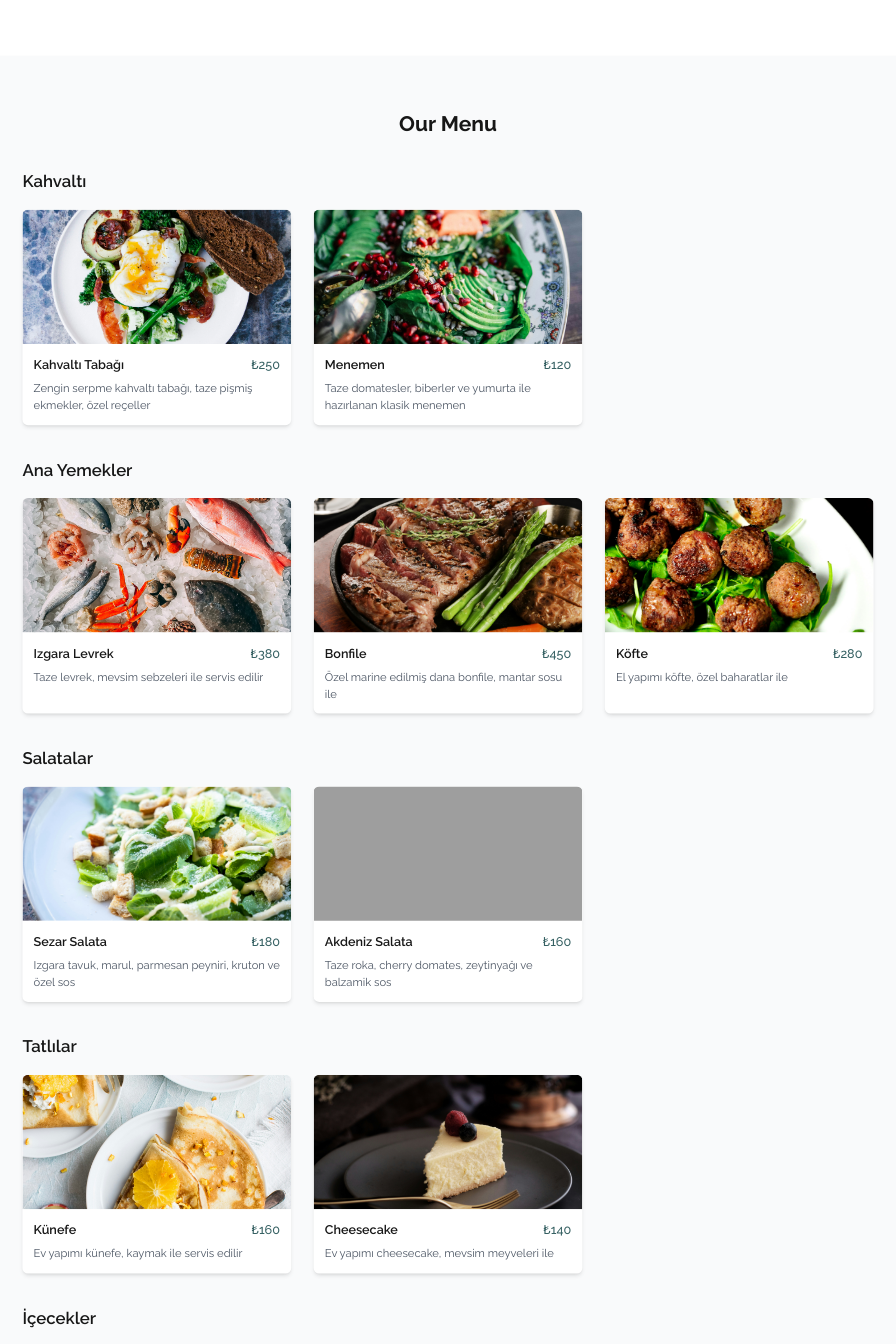
Repository: burakdemirrr/restaurant-website
Page: /
An editor plug-in stored every save of this project. The page is shown before and after the next save, followed by the edit.
The browser window is 1280 px wide. The pictures show the part of the page from y = 1348 to 3268 px (the page is 5624 px tall before and 5792 px after), at 70% of full size.
Pictures or frames that could not be fetched are drawn as grey boxes. The page's requests for data from a server got no answer. The project was rebuilt for these pictures with package versions that can differ from the ones it lists, and the page was loaded fresh each time. The framework's server and built-in components were replaced by stand-ins that run in the browser. No one was signed in, and anything a server would have sent is missing. Also part of the build but not shown: next.config.ts.

Above is the page before, as saved 2025-01-06 14:43:15.

After the next save:
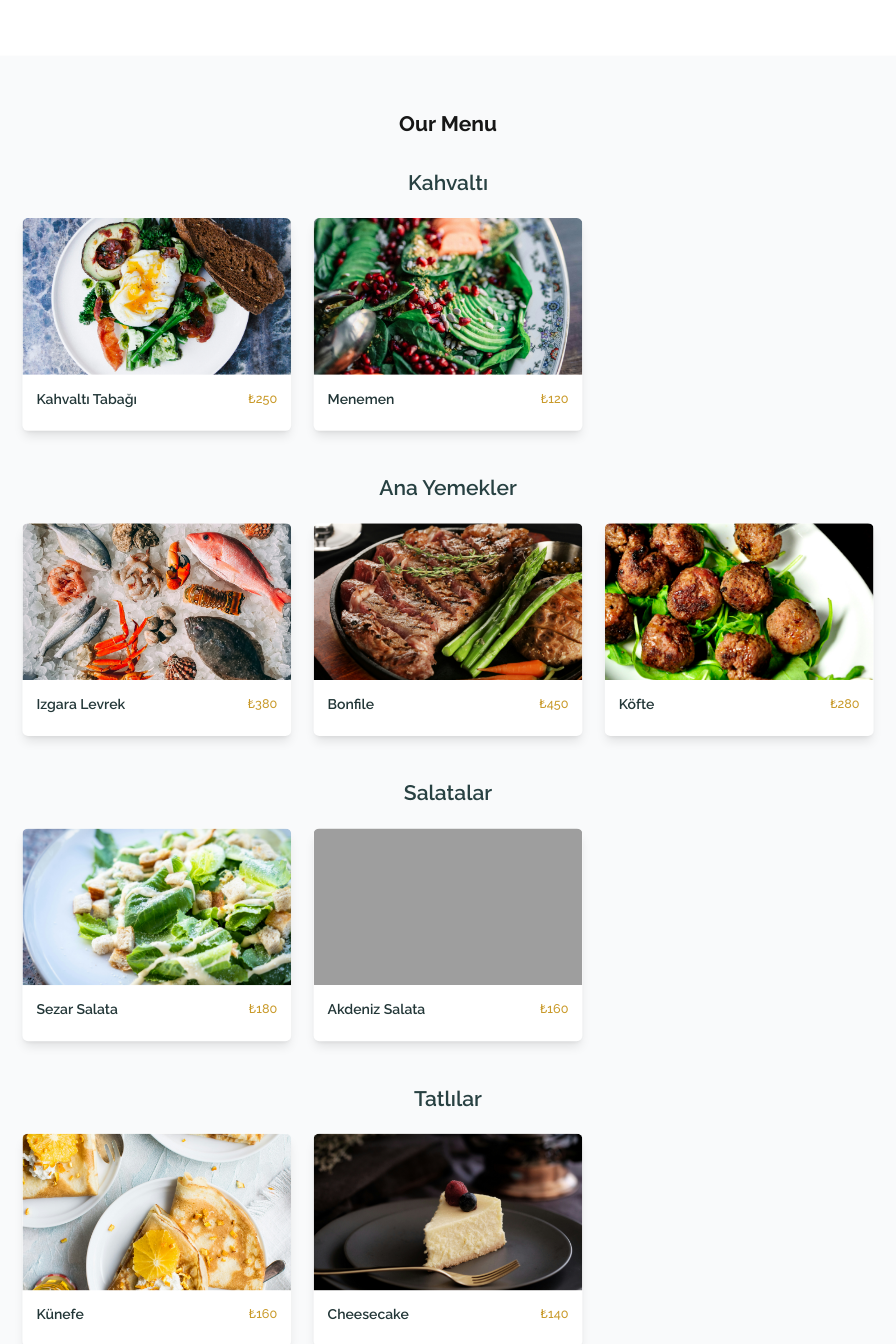
Saved 28 s later.
--- a/src/components/Menu.tsx
+++ b/src/components/Menu.tsx
@@ -116,34 +116,43 @@ export default function Menu() {
   return (
     <div className="w-full">
       {categories.map((category, categoryIndex) => (
-        <div key={category} className="mb-12 animate-fade-in" style={{ animationDelay: `${categoryIndex * 0.2}s` }}>
-          <h3 className="text-2xl font-semibold mb-6 font-playfair">{category}</h3>
+        <div key={category} className="mb-16 animate-fade-in" style={{ animationDelay: `${categoryIndex * 0.3}s` }}>
+          <h3 className="text-3xl font-semibold mb-8 font-display text-center text-primary-800">{category}</h3>
           <div className="grid grid-cols-1 md:grid-cols-2 lg:grid-cols-3 gap-8">
             {menuItems
               .filter(item => item.category === category)
               .map((item, index) => (
                 <div
                   key={item.id}
-                  className="bg-white rounded-lg shadow-md overflow-hidden hover:shadow-lg transition-all duration-300 transform hover:-translate-y-1 animate-slide-up"
-                  style={{ animationDelay: `${(categoryIndex * 0.2) + (index * 0.1)}s` }}
+                  className="bg-white rounded-lg shadow-lg overflow-hidden hover:shadow-xl transition-all duration-500 transform hover:-translate-y-2 animate-bounce-in"
+                  style={{ animationDelay: `${(categoryIndex * 0.3) + (index * 0.15)}s` }}
                 >
-                  <div className="relative h-48 overflow-hidden group">
+                  <div className="relative h-56 overflow-hidden group">
                     <Image
                       src={item.image}
                       alt={item.name}
                       fill
-                      className="object-cover transition-transform duration-300 group-hover:scale-110"
+                      className="object-cover transition-transform duration-700 group-hover:scale-110"
                     />
-                    <div className="absolute inset-0 bg-black/20 opacity-0 group-hover:opacity-100 transition-opacity duration-300" />
+                    <div className="absolute inset-0 bg-gradient-to-t from-black/50 to-transparent opacity-0 group-hover:opacity-100 transition-opacity duration-500" />
+                    <div className="absolute bottom-0 left-0 right-0 p-4 text-white transform translate-y-full group-hover:translate-y-0 transition-transform duration-500">
+                      <p className="text-sm opacity-0 group-hover:opacity-100 transition-opacity duration-500 delay-100">
+                        {item.description}
+                      </p>
+                    </div>
                   </div>
-                  <div className="p-4">
-                    <div className="flex justify-between items-start mb-2">
-                      <h4 className="text-lg font-semibold font-playfair">{item.name}</h4>
-                      <span className="text-lg font-medium text-primary-600">
+                  <div className="p-5">
+                    <div className="flex justify-between items-start mb-3">
+                      <h4 className="text-xl font-display font-semibold text-primary-900 group-hover:text-gold-600 transition-colors duration-300">
+                        {item.name}
+                      </h4>
+                      <span className="text-lg font-medium text-gold-500 font-display">
                         {item.price}
                       </span>
                     </div>
-                    <p className="text-gray-600">{item.description}</p>
+                    <p className="text-gray-600 text-sm md:hidden">
+                      {item.description}
+                    </p>
                   </div>
                 </div>
               ))}
